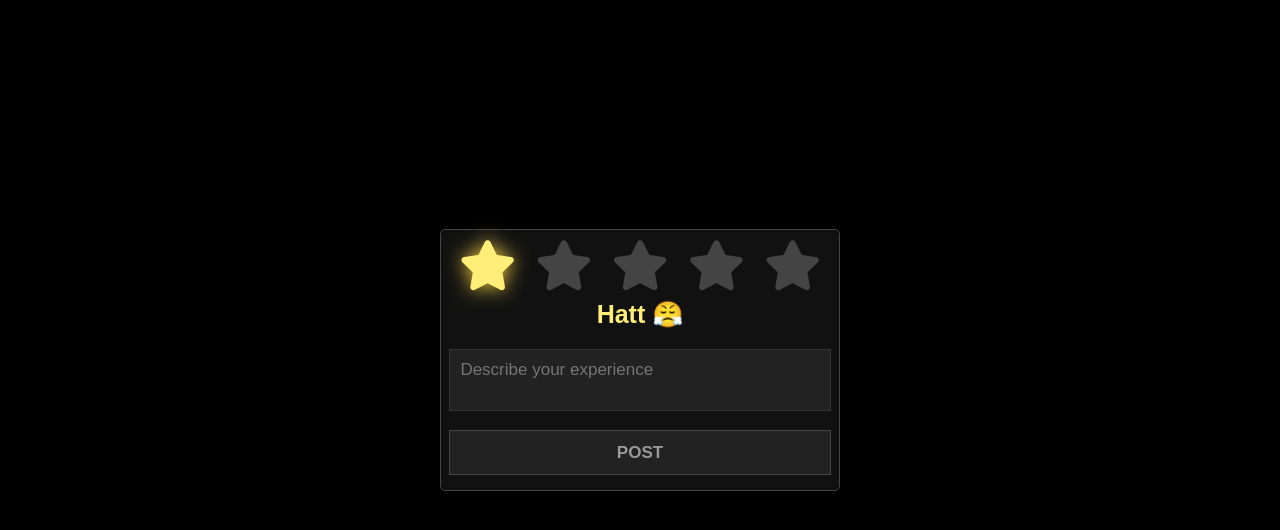
Repository: Suryansh-D/Star-Ratings
Page: index.html
The author's editor kept a copy of each file at every save. The page is drawn from the files as they stood at one save, then again after a run of saves.
The browser window is 1280 px wide. The pictures show the whole page.
The first `#rate-1` is checked.

Above is the page before, as saved 2024-02-03 10:15:59.

### index.html
<!DOCTYPE html>
<html lang="en">
<head>
    <meta charset="UTF-8">
    <meta name="viewport" content="width=device-width, initial-scale=1.0">
    <title>Document</title>
</head>
<link rel="stylesheet" href="style.css">
<link rel="stylesheet" href="https://cdnjs.cloudflare.com/ajax/libs/font-awesome/5.15.3/css/all.min.css">
<body>
    <div class="container">
        <div class="stars">
            <input type="radio" name="rate" id="rate-5">
            <label for="rate-5" class="fas fa-star"></label>
            <input type="radio" name="rate" id="rate-4">
            <label for="rate-4" class="fas fa-star"></label>
            <input type="radio" name="rate" id="rate-3">
            <label for="rate-3" class="fas fa-star"></label>
            <input type="radio" name="rate" id="rate-2">
            <label for="rate-2" class="fas fa-star"></label>
            <input type="radio" name="rate" id="rate-1">
            <label for="rate-1" class="fas fa-star"></label>
            <form action="#">
                <header></header>
                <div class="textarea">
                <textarea cols="30" placeholder="Describe your experience"></textarea>
                </div>
                    <div class="btn">
                        <button type="submit">Post</button>
                        </div>
                 </form>
        </div>
    </div>
    <script></script>
</body>
</html>

### style.css
@import url('https://fonts.googleapis.com/css?family=Roboto:400,700');
* {
  margin: 0;
  padding: 0;
  box-sizing: border-box;
  font-family:'Poppins', sans-serif;
}
html, body {
  height: 100%;
  background-color: #000;
  place-items: center;
  display: grid;
  text-align: center;
}

.container {
  width: 400px;
  background: #111;
    padding: 20px , 30px;
    border: 1px solid #444;
    border-radius: 5px;
    display: flex;
    flex-direction: column;
    align-items: center;
    justify-content: center;
}
.container .stars input{
    display: none;
}
.stars label{
    font-size: 50px;
    color: #444;
    cursor: pointer;
    transition: all 0.2s ease;
    float: right;
    padding: 10px;

}
.stars input:not(:checked) ~ label:hover ,
.stars input:not(:checked) ~ label:hover ~ label{
    color: #ffcc00;
}
.stars input:checked ~ label{
    color: #ffcc00;
}
input#rate-5:checked ~ label{
    color: #fe7;
    text-shadow: 0 0 20px #f1cf45;
}
input#rate-4:checked ~ label{
    color: #fe7;
    text-shadow: 0 0 20px #f1cf45;
}
input#rate-3:checked ~ label{
    color: #fe7;
    text-shadow: 0 0 20px #f1cf45;
}
input#rate-2:checked ~ label{
    color: #fe7;
    text-shadow: 0 0 20px #f1cf45;
}
input#rate-1:checked ~ label{
    color: #fe7;
    text-shadow: 0 0 20px #f1cf45;
}

#rate-1:checked ~ form header:before{
    content: "Hatt 😤";

}
form header{
    width:100%;
    font-size: 25px;
    color: #fe7;
    font-weight: 700;
    margin: 5px 0 20px 0;
    text-align: center;
    transition: all 0.2s ease;
}

form .textarea{
    width: 100%;
   height: 100%;
   overflow: hidden;
}
form .textarea textarea{
    height: 100%;
    width:100%;
    outline: none;
    color: #fff;
    border: 1px solid #333;
    background: #222;
    padding: 10px;
    font-size: 17px;
    resize: none;
}
form .btn{
  height: 45px;
  width: 100%;
  margin: 15px 0;
}
form .btn button{
    width: 100%;
    height: 100%;
    border: 1px solid #444;
    outline: none;
    background: #222;
    color: #999;
    font-size: 20px;
    font-weight: 700;
    cursor: pointer;
    transition: all 0.2s ease;
    font-size: 17px;
    text-transform: uppercase;
}
form .btn button:hover{
    background: #1b1b1b;
    color: #fff;
}

After the next 3 saves:
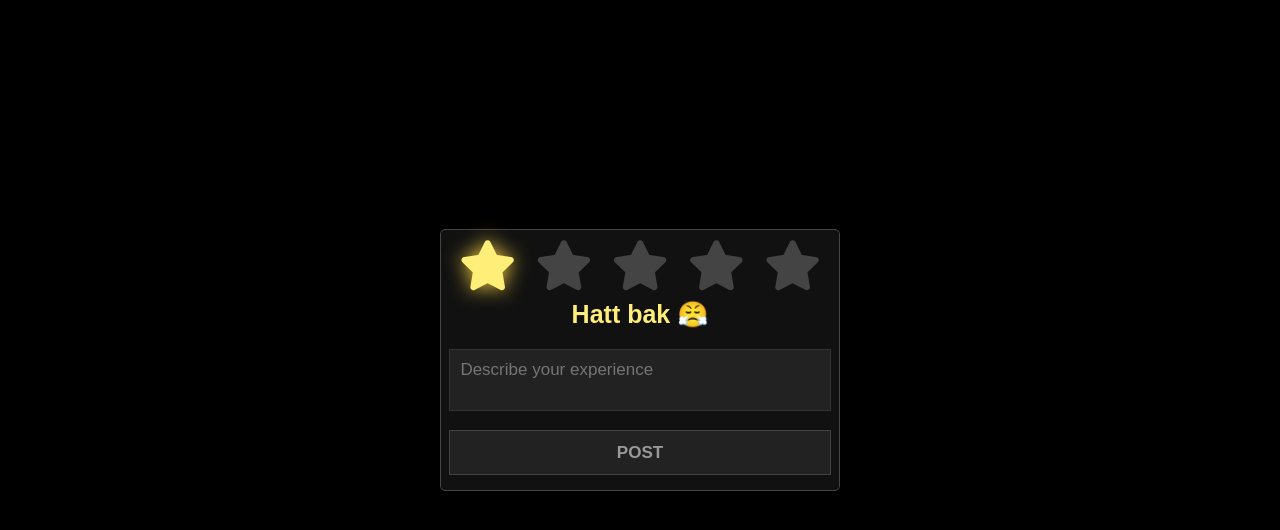
The 3 saves are shown as one change because they came seconds apart.
The last was saved 7 s later.
--- a/style.css
+++ b/style.css
@@ -65,7 +65,7 @@ input#rate-1:checked ~ label{
 }
 
 #rate-1:checked ~ form header:before{
-    content: "Hatt 😤";
+    content: "Hatt bak 😤";
 
 }
 form header{
